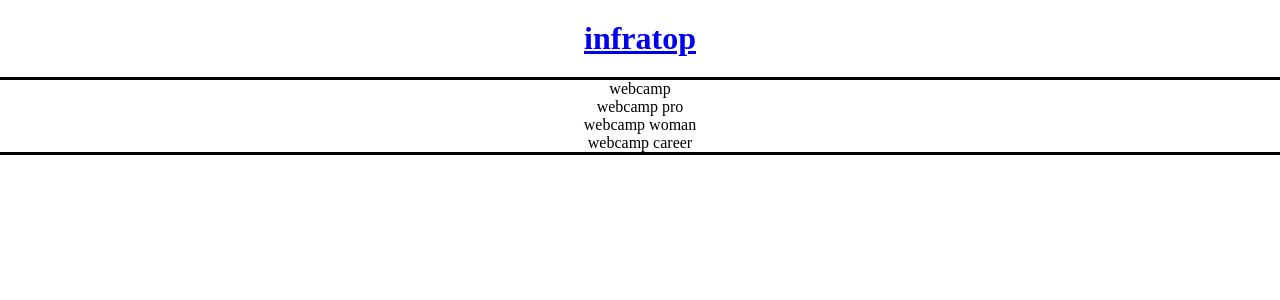
Repository: hayase-m/Webcamp
Page: chapter5/chapter5.html
The author's editor kept a record of every edit. The page is drawn from the files as they stood at one moment, then again after the next edit.
The browser window is 1280 px wide. The pictures show the whole page.

Above is the page before.

After the next edit:
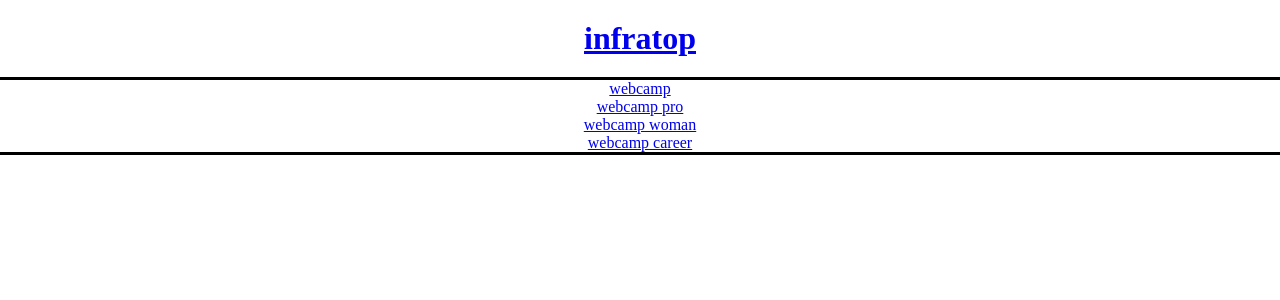
The edit:
--- a/chapter5/chapter5.html
+++ b/chapter5/chapter5.html
@@ -14,10 +14,10 @@
 
   <nav>
     <ul>
-      <li>webcamp</li>
-      <li>webcamp pro</li>
-      <li>webcamp woman</li>
-      <li>webcamp career</li>
+      <li><a href="chapter5.html">webcamp</a></li>
+      <li><a href="chapter5.html">webcamp pro</li>
+      <li><a href="chapter5.html">webcamp woman</li>
+      <li><a href="chapter5.html">webcamp career</li>
     </ul>
   </nav>
 
